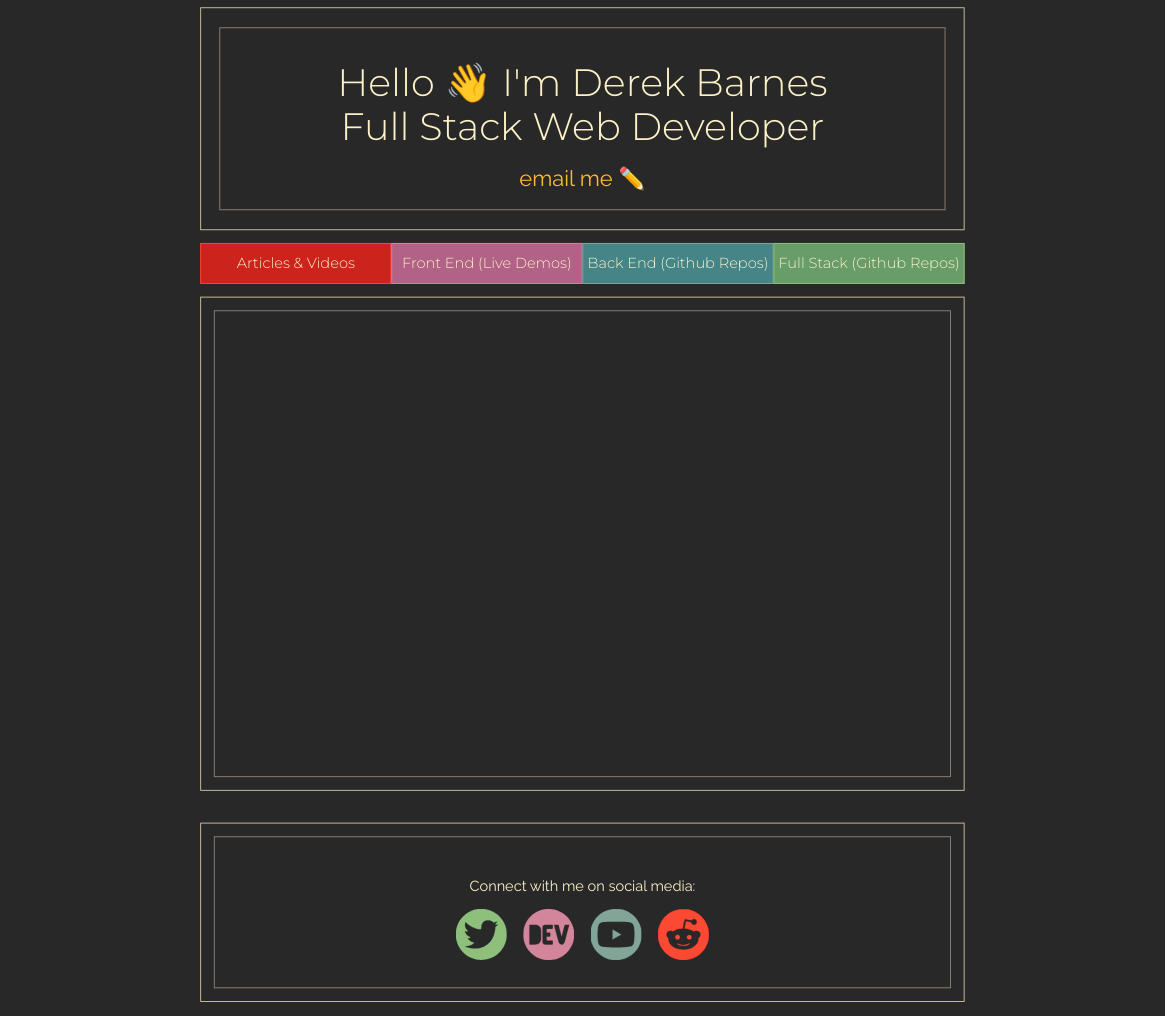
Repository: dsbarnes/groovy-blog
Page: index.html
These files come from the project's save history. The page is drawn as it stood at one moment and after the next save; the edit follows.
The browser window is 1280 px wide. The pictures show the whole page, at 91% of full size.
After loading, the first visible `#articles` was clicked once.
The style sheet was rebuilt from its Sass, Less or Tailwind sources for each picture, by a compiler version that may differ from the author's.

Above is the page before, as saved 2020-05-09 21:33:08.

### index.html
<!DOCTYPE html>
<html lang="en">

<head>
    <meta charset="UTF-8">
    <meta name="viewport" content="width=device-width, initial-scale=1.0">
    <link href="https://fonts.googleapis.com/css2?family=Montserrat:wght@300&display=swap" rel="stylesheet">
    <link href="https://fonts.googleapis.com/css2?family=Raleway&display=swap" rel="stylesheet">

    <title>D.S. Barnes</title>

    <link rel="stylesheet" href="./CSS/style.css">
</head>

<body>
    <div class="container">

        <div id='nameCard'>
            <div id="doubleBorder">
                <p>Hello 👋 I'm Derek Barnes</p>
                <p>Full Stack Web Developer</p>
                <br />
                <small><a href='mailto:derekb0147@gmail.com'>email me ✏️</a></small>
                <br />
            </div>
        </div>

        <div id='selections'>
            <p class='nav' data-color='red' id='articles'>Articles & Videos</p>
            <p class='nav' data-color='purple' id='frontend'>Front End (Live Demos)</p>
            <p class='nav' data-color='blue' id='backend'>Back End (Github Repos)</p>
            <p class='nav' data-color='aqua' id='fullstack'>Full Stack (Github Repos)</p>
        </div>

        <!-- <button id="toggle-button">Toggle collapse</button> -->

        <!-- Section one -->
        <div class="content">
            <div class='double-border'>
                <div id='about-section-text'>
                    <p>As a full stack developer, I don't just write code.</p>
                    <p>I focus on team dynamics, agile work practices, and communications.</p>
                    <br />
                    <p>I can build APIs and maintain databases.</p>
                    <p>Equally, often more importantly, I listen to and understand consumer needs.</p>
                    <br />
                    <p>I specialize in clean, unobtrusive interfaces,</p>
                    <p>using modern technology,</p>
                    <p>to communicate clearly and solve real world problems.</p>
                </div>

                <div id='articles-section-text'></div>
                <div id='frontend-section-text'></div>
                <div id='backend-section-text'></div>
                <div id='fullstack-section-text'></div>

            </div>
        </div>


        <!-- Section two -->
        <div class="hobbies collapsible">
            <div class='double-border collapsible'>

                <p>Besides code, I like to:</p>
                <br />

                <p class='xpad'>
                    <span class='bigEmoji'>🤔</span>
                    <span class='emojiText'>Think about philosophy.</span>
                </p>

                <p class='xpad'>
                    <span class='bigEmoji'>♟️</span>
                    <span class='emojiText'>Play chess.</span>
                </p>

                <p class='xpad'>
                    <span class='bigEmoji'>🎤</span>
                    <span class='emojiText'>listen to gratuitous amounts of rap music.</span>
                </p>


            </div>
        </div>


        <!-- Section three -->
        <div class="social-media">
            <div class="double-border">

                <p>Connect with me on social media:</p>

                <div id='media-icons'>
                    <img src='../SVG/twitterLogo.svg'><a href='#' id='twitter'></a></img>
                    <img src='../SVG/devLogo.svg'><a href='#' id="devto"></a></img>
                    <img src='../SVG/youtubeLogo.svg'><a href='#' id='youtube'></a></img>
                    <img src='../SVG/redditLogo.svg'><a href='#' id='reddit'></a></img>
                </div>

            </div>
        </div>

    </div><!-- container -->

    <script type=module src="index.js"></script>
</body>

</html>

### index.js
import articles from './components/articles.js'
import repos from './components/repos.js'

import articlesData from './siteData/articles.js'
import backendData from './siteData/backEnd.js'
import frontendData from './siteData/frontEnd.js'
import fullstackData from './siteData/fullStack.js'


document.querySelectorAll('.nav')
    .forEach(btn => btn.addEventListener('click', function () {
        console.log(this.dataset.color)

        const aboutText = document.getElementById('about-section-text')
        aboutText.style.display = 'none'

        // Add overflow: scroll
        document.querySelector('.content')
            .classList.add('collapsed')

        // Shrinks and fades out the middle box
        const doubleBorder =
            Array.from(document.querySelectorAll('.double-border'))
        doubleBorder[1].classList.add('collapsed')

        document.querySelector('.hobbies.collapsible')
            .classList.add('collapsed')

        // Slightly shrink the social media box:
        document.querySelector('.social-media')
            .classList.add('collapsed')

    }))

// document.querySelector('#toggle-button')
// .addEventListener('click',
// function () {
//     // Remove the about me section:
//     const aboutText = document.getElementById('about-section-text')
//     aboutText.style.display = 'none'

//     // Add overflow: scroll
//     document.querySelector('.section-one')
//         .classList.toggle('collapsed')

//     // Shrinks and fades out the middle box
//     document.querySelector('.section-two.collapsible')
//         .classList.toggle('collapsed')

//     document.querySelector('.section-three')
//         .classList.toggle('collapsed')

//     // repopulate what was the about section
//     // it is now the section the user clicked
//     repos(backendData)
// });

### components/articles.js
function modules(arr) {
    console.log('modules works')
}

export default modules

### components/repos.js
function repos(arr) {

    const root = document.getElementById('articles-section-text')

    for (const element of arr) {

        const keys = Object.keys(element)

        const container = document.createElement('div')
        const title = document.createElement('h1')
        const repolink = document.createElement('p')
        const demolink = document.createElement('p')
        const description = document.createElement('p')

        title.innerHTML = element['Repo']
        container.appendChild(title)

        repolink.innerHTML = element['RepoLink']
        container.appendChild(repolink)

        demolink.innerHTML = element['DemoLink']
        container.appendChild(demolink)

        description.innerHTML = element['Description']
        container.appendChild(description)


        container.id = 'article'
        root.appendChild(container)

    }
}

export default repos

### siteData/articles.js
const articleData = [
    {
        "Title": "Article Project One",
        "Link": "blah.com",
        "Date": "date-posted",
        "Short": "fjdklsafjdlks;fajsdl;f"
    },
    {
        "Title": "Article Project Two",
        "Link": "blah.com",
        "Date": "date-posted",
        "Short": "fjdklsafjdlks;fajsdl;f"
    },
    {
        "Title": "Article Project Three",
        "Link": "blah.com",
        "Date": "date-posted",
        "Short": "fjdklsafjdlks;fajsdl;f"
    },
    {
        "Title": "Article Project Four",
        "Link": "blah.com",
        "Date": "date-posted",
        "Short": "fjdklsafjdlks;fajsdl;f"
    },
    {
        "Title": "Article Project Five",
        "Link": "blah.com",
        "Date": "date-posted",
        "Short": "fjdklsafjdlks;fajsdl;f"
    }
]

export default articleData

### siteData/backEnd.js
const backendData = [
    {
        "Repo": "Back End Project One",
        "RepoLink": "blah.com",
        "Description": "README.md"
    },
    {
        "Repo": "Back End Project Two",
        "RepoLink": "blah.com",
        "Description": "README.md"
    },
    {
        "Repo": "Back End Project Three",
        "RepoLink": "blah.com",
        "Description": "README.md"
    },
    {
        "Repo": "Back End Project Four",
        "RepoLink": "blah.com",
        "Description": "README.md"
    },
    {
        "Repo": "Back End Project Five",
        "RepoLink": "blah.com",
        "Description": "README.md"
    }
]

export default backendData

### siteData/frontEnd.js
const frontendData = [
    {
        "Repo": "Front End Project One",
        "RepoLink": "blah.com",
        "DemoLink": "demo link",
        "Description": "README.md"
    },
    {
        "Repo": "Front End Project Two",
        "RepoLink": "blah.com",
        "DemoLink": "demo link",
        "Description": "README.md"
    },
    {
        "Repo": "Front End Project Three",
        "RepoLink": "blah.com",
        "DemoLink": "demo link",
        "Description": "README.md"
    },
    {
        "Repo": "Front End Project Four",
        "RepoLink": "blah.com",
        "DemoLink": "demo link",
        "Description": "README.md"
    },
    {
        "Repo": "Front End Project Five",
        "RepoLink": "blah.com",
        "DemoLink": "demo link",
        "Description": "README.md"
    }
]

export default frontendData

### siteData/fullStack.js
const fullstackData = [
    {
        "Repo": "Full Stack Project One",
        "RepoLink": "blah.com",
        "Description": "README.md"
    },
    {
        "Repo": "Full Stack Project Two",
        "RepoLink": "blah.com",
        "Description": "README.md"
    },
    {
        "Repo": "Full Stack Project Three",
        "RepoLink": "blah.com",
        "Description": "README.md"
    },
    {
        "Repo": "Full Stack Project Four",
        "RepoLink": "blah.com",
        "Description": "README.md"
    },
    {
        "Repo": "Full Stack Project Five",
        "RepoLink": "blah.com",
        "Description": "README.md"
    }
]

export default fullstackData

### style.scss
// Main Container:
// Sizings - everything is a multiple of 14!!
$container-width: 840px;
$container-height: 1100px;
$outer-width: $container-width * .8;
$margin-pad-sizing: 14px;


// Gruvbox colors:
$background-color: #282828;
$background-alt-color: #3c3836;
$font-color: #fbf1c7;
$font-alt-color: #ebdbb2;
$outer-border: #d5c4a1;
$inner-border: #928374;
$red-color: #cc241d;
$light-red-color: #fb4934;
$green-color: #98971a;
$light-green-color: #b8bb26;
$yellow-color: #d79921;
$light-yellow-color: #fabd2f;
$blue-color: #458588;
$light-blue-color: #83a598;
$purple-color: #b16286;
$light-purple-color: #d3869b;
$aqua-color: #689d6a;
$light-aqua-color: #8ec07c;


// Font:
$title-font: 'Montserrat', sans-serif;
$body-font: 'Raleway', sans-serif;
$title-font-size: 42px;
$body-font-size: 16px;


//Mixins:
@mixin bg-border($bg-color, $border-color){
  background-color: $bg-color;
  border: 1px solid $border-color;
}
@mixin font-fam-size($fam, $size){
  font-family: $fam;
  font-size: $size;
}
@mixin sectionButton($bg-color, $border-color){
  @include bg-border($bg-color, $border-color);
  @include font-fam-size($title-font, $body-font-size);
  display: inline-block;
  margin: 0 auto;
  //That just looks best as 12, idk.
  padding: 12px 0px;
  text-align: center;
  width: (($container-width / 4));
}

// Keyframes:
@keyframes fade-in{
  from{color: white;}
  to{ color: black;}
}
#article{ animation: fade-in 3s forwards;}


// Overall styling:
* { box-sizing:border-box; }
body{ background-color: $background-color; color: $font-color }

//Everything visible is inside this container:
.container {
  display:flex;
  flex-direction:column;
  justify-content:flex-start;
  width: $container-width;
  margin: 0 auto;
  // we're required to set height explicitly
  height: $container-height;
}


// Name Card
#nameCard{
  border: 1px solid $outer-border;
  padding: $margin-pad-sizing/2;
  text-align: center;
  line-height: $margin-pad-sizing/2;

  small{ @include font-fam-size($body-font, $body-font-size*1.5); }
  a{ text-decoration: none; color: $light-yellow-color }

  #doubleBorder{
      @include bg-border($background-color, $inner-border);
      p{ @include font-fam-size($title-font, $title-font-size);}
      margin: $margin-pad-sizing auto;
      padding: $margin-pad-sizing;
      padding-bottom: $margin-pad-sizing*2;

      // 14px b/c of margin.
      // Why *3? Good question.
      width: ($container-width - 14px*3);
  }
}


// Nav 'buttons'
#selections{
  display: flex;
  justify-content: space-between;
  margin-top: $margin-pad-sizing;
}
#articles{ @include sectionButton($red-color, $light-red-color) }
#frontend{ @include sectionButton($purple-color, $light-purple-color) }
#backend{ @include sectionButton($blue-color, $light-blue-color) }
#fullstack{ @include sectionButton($aqua-color, $light-aqua-color) }

// General double border settings, different from
// name card b/c ...damnit
.double-border{
  border: 1px solid $inner-border;
  // Variables not working in calc()
  // will investigate.
  height: calc(100% - 28px); // $margin-pad-size*2
  width: calc(100% - 28px);  // $margin-pad-size*2
  margin: $margin-pad-sizing auto 0 auto;
  padding: $margin-pad-sizing*2;
}
.double-border.collapsed { border: 0px solid white; }


// This is the section that expands:
.content{
  @include bg-border($background-color, $outer-border);
  @include font-fam-size($body-font, $body-font-size);
  line-height: $margin-pad-sizing/2;
  margin: $margin-pad-sizing 0;
  flex: 3;
  // overflow: hidden;
}
.content.collapsed{
  // overflow: hidden;
  .double-border{ overflow: scroll; }
}


// This section dissapears:
.hobbies {
  // note that we're transitioning flex, not height!
  @include bg-border($background-color, $outer-border);
  @include font-fam-size($body-font, $body-font-size);
  line-height: $margin-pad-sizing/2;
  margin: $margin-pad-sizing/2 0;
  flex: 2;
  .bigEmoji{ font-size: $title-font-size; }
  .xpad{ padding-left: 24px; }
  .emojiText{
      position: relative;
      bottom: $margin-pad-sizing;
      padding-left: $margin-pad-sizing/2;
  }
  // overflow:hidden;
  transition:all 0.4s ease;
}
.hobbies.collapsed {
  border: 0px solid $background-color;
  color: $background-color;
  overflow: hidden;
  flex: 0;
  // Big numbers to squeze box inward
  // for transition
  // margin: 0 200px;
  // padding: 0 400px;
}


// This section never changes
.social-media{
  @include bg-border($background-color, $outer-border);
  @include font-fam-size($body-font, $body-font-size);
  text-align: center;
  margin: $margin-pad-sizing/2 0;
  flex: 2;
  transition: all 0.6s ease;
}
.social-media.collapsed{
  flex: 1;
  #media-icons{
    margin-bottom: 14px;
  }
}


// Social Media Icons:
#media-icons{
  width: $container-width / 2;
  margin: 0 auto;
  text-align: center;
  line-height: $margin-pad-sizing;
  img{ width: $margin-pad-sizing*4; margin: 0 $margin-pad-sizing/2; }
}

After the next save:
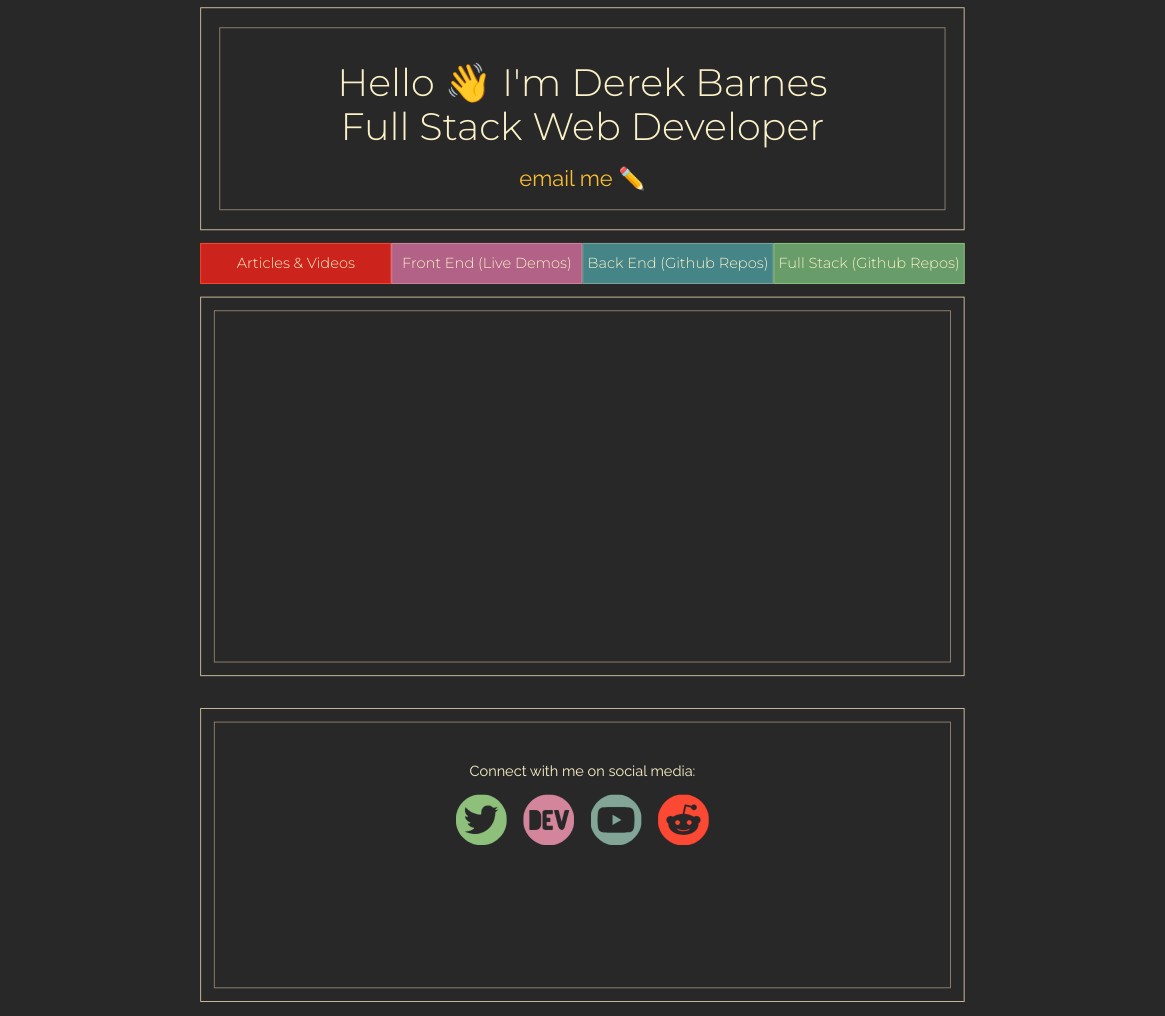
Saved 4 s later.
--- a/style.scss
+++ b/style.scss
@@ -184,7 +184,7 @@
 .social-media.collapsed{
   flex: 1;
   #media-icons{
-    margin-bottom: 14px;
+    margin-bottom: 140px;
   }
 }
 

After the save that followed:
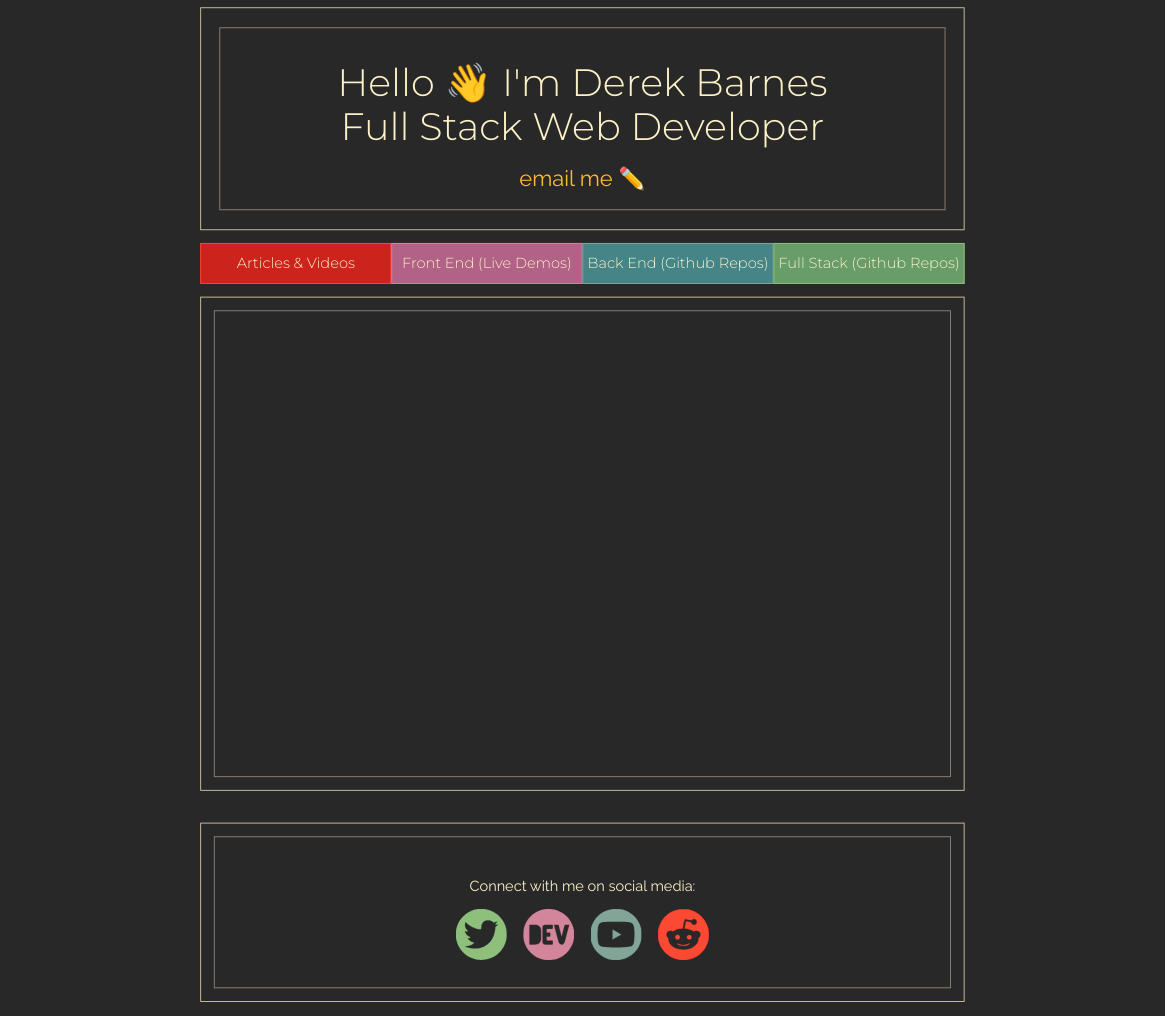
Saved 4 s later.
--- a/style.scss
+++ b/style.scss
@@ -184,7 +184,7 @@
 .social-media.collapsed{
   flex: 1;
   #media-icons{
-    margin-bottom: 140px;
+    margin-bottom: 14px;
   }
 }
 
